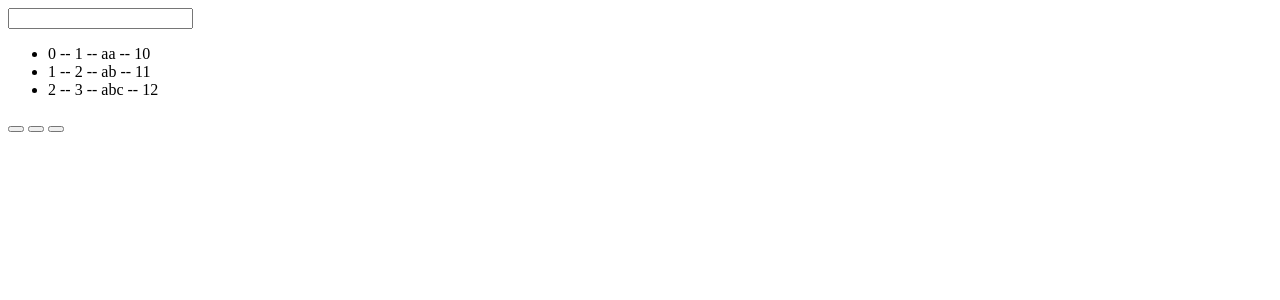
Repository: CodeHuai/vue_note
Page: 练习/index.html
An editor plug-in stored every save of this project. The page is shown before and after the next save, followed by the edit.
The browser window is 1280 px wide. The pictures show the whole page.

Above is the page before, as saved 2021-07-06 18:39:16.

After the next save:
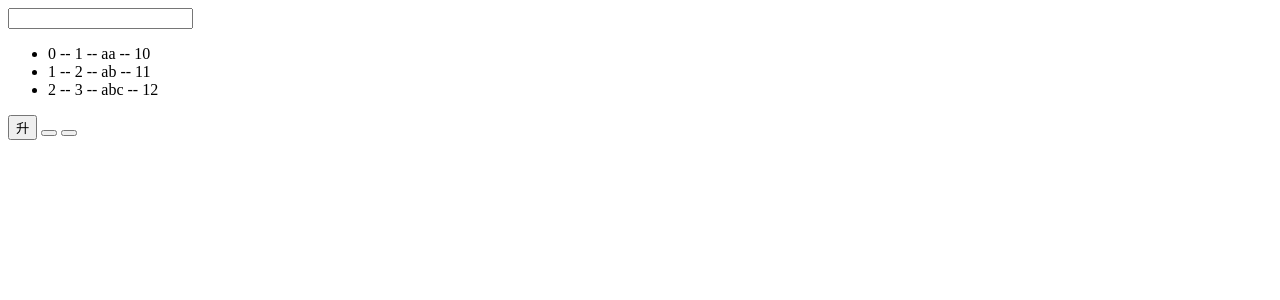
Saved 33 s later.
--- a/练习/index.html
+++ b/练习/index.html
@@ -17,7 +17,7 @@
                 {{index}} -- {{item.id}} -- {{item.name}} -- {{item.age}}
             </li>
         </ul>
-        <button @click='result(1)'></button>
+        <button @click='result(1)'>升</button>
         <button @click='result(2)'></button>
         <button @click='result(0)'></button>
     </div>
